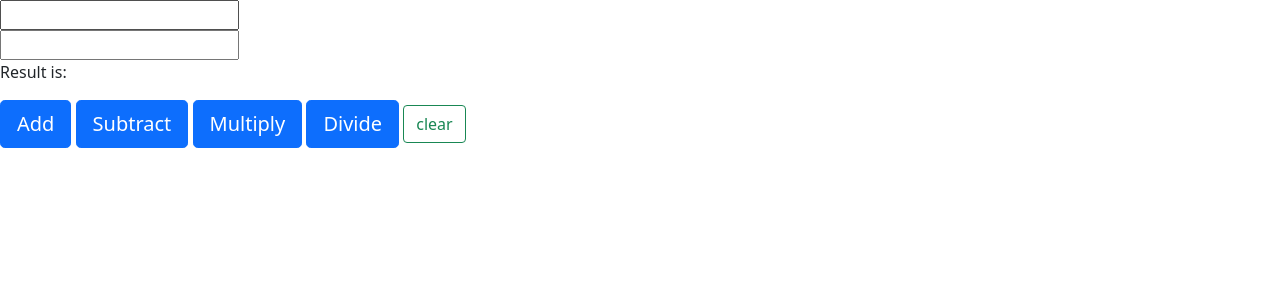
Repository: SHASHIDHAR-as/Spring
Page: spring-jsp-servelets/webapp/Webapp1/src/main/webapp/Calculator.html
These files come from the project's save history. The page is drawn as it stood at one moment and after the next save; the edit follows.
The browser window is 1280 px wide. The pictures show the whole page.

Above is the page before, as saved 2024-07-31 06:11:48.

After the next save:
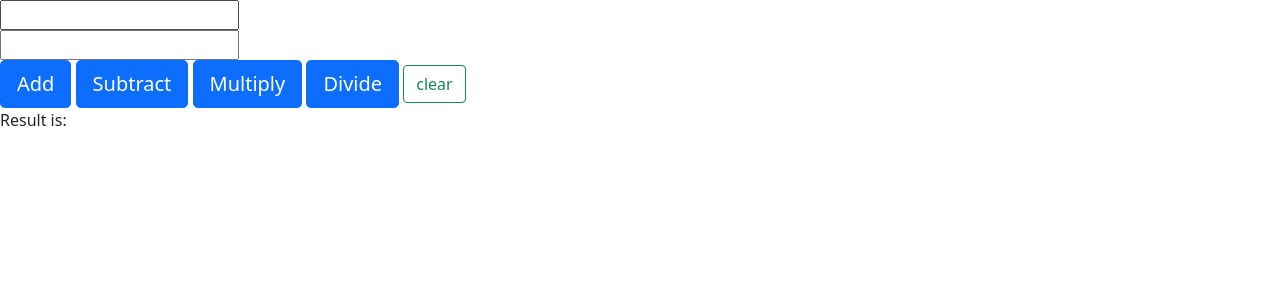
Saved 30 s later.
--- a/spring-jsp-servelets/webapp/Webapp1/src/main/webapp/Calculator.html
+++ b/spring-jsp-servelets/webapp/Webapp1/src/main/webapp/Calculator.html
@@ -11,11 +11,12 @@
 <body>
 <input type="text" id="num1"><br>
 <input type="text" id="num2"><br>
-<p id="result">Result is: </p>
+
 <button class="btn btn-lg btn-primary" onclick="calculate('A')">Add</button>
 <button class="btn btn-lg btn-primary" onclick="calculate('S')">Subtract</button>
 <button  class="btn btn-lg btn-primary"onclick="calculate('M')">Multiply</button>
 <button class="btn btn-lg btn-primary" onclick="calculate('D')">Divide</button>
 <button  class="btn btn-outline-success" onclick="clearvalue()">clear</button>
+<p id="result">Result is: </p>
 </body>
 </html>
